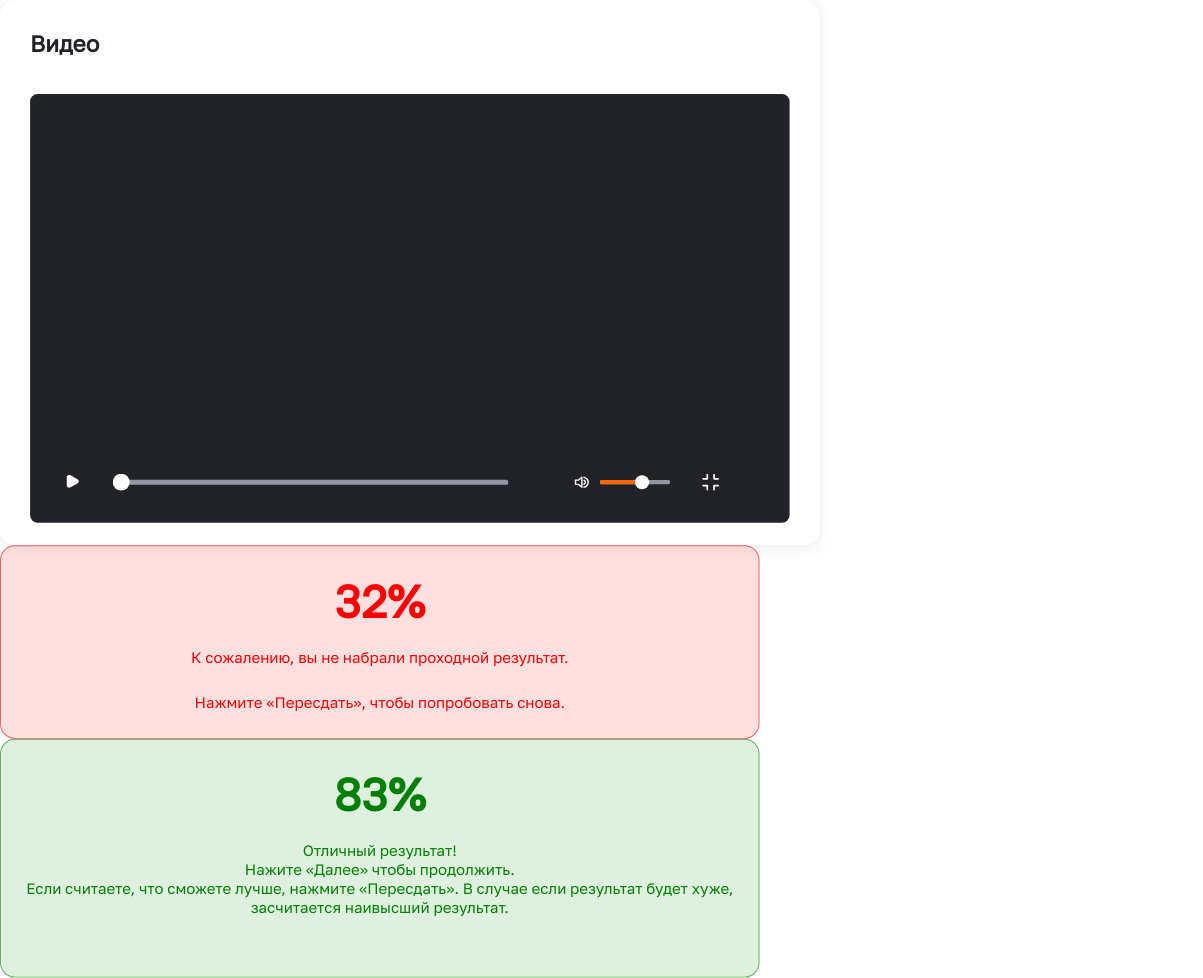
Repository: RuslanSR2424/Group5_LizaAlert
Page: index.html
An editor plug-in stored every save of this project. The page is shown before and after the next save, followed by the edit.
The browser window is 1280 px wide. The pictures show the whole page, at 94% of full size.

Above is the page before, as saved 2022-03-09 18:16:23.

### index.html
<!DOCTYPE html>
<html lang="en">

<head>
    <meta charset="UTF-8">
    <meta http-equiv="X-UA-Compatible" content="IE=edge">
    <meta name="viewport" content="width=device-width, initial-scale=1.0">
    <link rel="stylesheet" href="./pages/index.css" />
    <title>Document</title>
</head>

<body class="root">
    <section class="video">
        <h2 class="video__title">
            Видео
        </h2>
        <div class="video__player">
            <img class="video__button video__button_type_play" src="./images/video/start.svg">
            <img class="video__button video__button_type_timeline" src="./images/video/timeline.svg">
            <img class="video__button video__button_type_sound-icon" src="./images/video/sound-icon.svg">
            <img class="video__button video__button_type_sound" src="./images/video/sound.svg">
            <img class="video__button video__button_type_size" src="./images/video/size.svg">
        </div>
    </section>
    <section class="results">
        <div class="results__bad">
            <h2 class="results__score results__score_type_bad">32%</h2>
            <p class="result__text result__text_type_bad">К сожалению, вы не набрали проходной результат.</p>
            <p class="result__text result__text_type_bad">Нажмите «Пересдать», чтобы попробовать снова.</p>
        </div>
        <div class="results__good">
            <h2 class="results__score results__score_type_good">83%</h2>

                <p class="result__text result__text_type_good">Отличный результат!</p>
                <p class="result__text result__text_type_good">Нажите «Далее» чтобы продолжить.</p>
                <p class="result__text result__text_type_good">
                    Если считаете, что сможете лучше, нажмите «Пересдать». В случае
                    если результат будет хуже, засчитается наивысший результат.</p>

        </div>
    </section>
</body>

</html>

### pages/index.css
@import url(../fonts/fonts.css);
@import url(../blocks/root/root.css);

/* video */

@import url(../blocks/video/video.css);
@import url(../blocks/video/__button/video__button.css);
@import url(../blocks/video/__button/_type/video__button_type_play.css);
@import url(../blocks/video/__button/_type/video__button_type_sound.css);
@import url(../blocks/video/__button/_type/video__button_type_timeline.css);
@import url(../blocks/video/__button/_type/video__button_type_size.css);
@import url(../blocks/video/__button/_type/video__button_type_sound-icon.css);
@import url(../blocks/video/__player/video__player.css);
@import url(../blocks/video/__title/video__title.css);

/* results */

@import url(../blocks/results/results.css);
@import url(../blocks/results/__bad/results__bad.css);
@import url(../blocks/results/__good/results__good.css);
@import url(../blocks/results/__score/results__score.css);
@import url(../blocks/results/__score/_type/results__score_type_bad.css);
@import url(../blocks/results/__score/_type/results__score_type_good.css);
@import url(../blocks/results/__text/results__text.css);
@import url(../blocks/results/__text/_type/result__text_type_bad.css);
@import url(../blocks/results/__text/_type/result__text_type_good.css);

### fonts/fonts.css
@font-face {
  font-family: "GolosTextWebRegular";
  src: url(./golos/Golos-Text_Regular.woff2) format("woff2"),
    url(./golos/Golos-Text_Regular.woff) format("woff");
  font-weight: normal;
  font-style: normal;
}
@font-face {
  font-family: "GolosTextWebBold";
  src: url(./golos/Golos-Text_Bold.woff2) format("woff2"),
    url(./golos/Golos-Text_Bold.woff) format("woff");
  font-weight: normal;
  font-style: normal;
}

### blocks/root/root.css
.root {
  margin: 0;
  padding: 0;
  font-family: "GolosTextWebRegular";
}

### blocks/video/video.css
.video {
  height: 580px;
  width: 872px;
  display: flex;
  flex-direction: column;
  background: #ffffff;
  box-shadow: 0px 0px 4px rgba(231, 232, 235, 0.6),
    0px 4px 16px rgba(231, 232, 235, 0.6);
  border-radius: 16px;
}

### blocks/video/__button/video__button.css
.video__button{
    height: 18px;
}

### blocks/video/__button/_type/video__button_type_play.css
.video__button_type_play {
    margin: 0 0 35px 36px;
}

### blocks/video/__button/_type/video__button_type_sound.css
.video__button_type_sound{
    margin: 0 0 34px 10px;
}

### blocks/video/__button/_type/video__button_type_timeline.css
.video__button_type_timeline{
    margin: 0 35px 34px 34px;
}

### blocks/video/__button/_type/video__button_type_size.css
.video__button_type_size{
    margin: 0 34px 34px 34px;
}

### blocks/video/__button/_type/video__button_type_sound-icon.css
.video__button_type_sound-icon{
    margin: 0 0 34px 34px;
}

### blocks/video/__player/video__player.css
.video__player {
  height: 456px;
  width: 808px;
  background-color: #212329;
  display: flex;
  flex-direction: row;
  align-items: flex-end;
  border-radius: 8px;
  margin: auto;
}

### blocks/video/__title/video__title.css
.video__title {
  font-family: "GolosTextWebRegular";
  font-style: normal;
  font-weight: 700;
  font-size: 24px;
  line-height: 28px;
  color: #212329;
  margin: 32px 32px 16px 32px;
}

### blocks/results/results.css
.results{}

### blocks/results/__bad/results__bad.css
.results__bad {
  display: flex;
  flex-direction: column;
  align-items: center;

  width: 808px;
  height: 206px;

  background: rgba(255, 0, 0, 0.12);
  border: 1.2px solid rgba(255, 0, 0, 0.6);
  box-sizing: border-box;
  border-radius: 16px;
}

### blocks/results/__good/results__good.css
.results__good {
  width: 808px;
  height: 254px;
  left: 32px;
  top: 501px;
  background: rgba(0, 128, 0, 0.12);
  border: 1.2px solid rgba(0, 128, 0, 0.6);
  box-sizing: border-box;
  border-radius: 16px;
}

### blocks/results/__score/results__score.css
.results__score {
  font-family: "GolosTextWebRegular";
  font-style: normal;
  font-weight: bold;
  font-size: 48px;
  line-height: 52px;
  text-align: center;
  margin: 32px 64px 24px 64px;
}

### blocks/results/__score/_type/results__score_type_bad.css
.results__score_type_bad {
  color: #ff0000;
}

### blocks/results/__score/_type/results__score_type_good.css
.results__score_type_good {
  color: #008000;
}

### blocks/results/__text/results__text.css
.results__text {
  font-family: "GolosTextWebRegular";
  font-style: normal;
  font-weight: normal;
  font-size: 18px;
  line-height: 24px;
  text-align: center;
}
.results__text:nth-child(1){
  margin-bottom: 20px;
}

### blocks/results/__text/_type/result__text_type_bad.css
.result__text_type_bad {
  color: #ff0000;
  width: 680px;
  text-align: center;
  margin: 0 0 28px 0;
}

### blocks/results/__text/_type/result__text_type_good.css
.result__text_type_good {
  text-align: center;
  margin: 0;
  color: #008000;
}

After the next save:
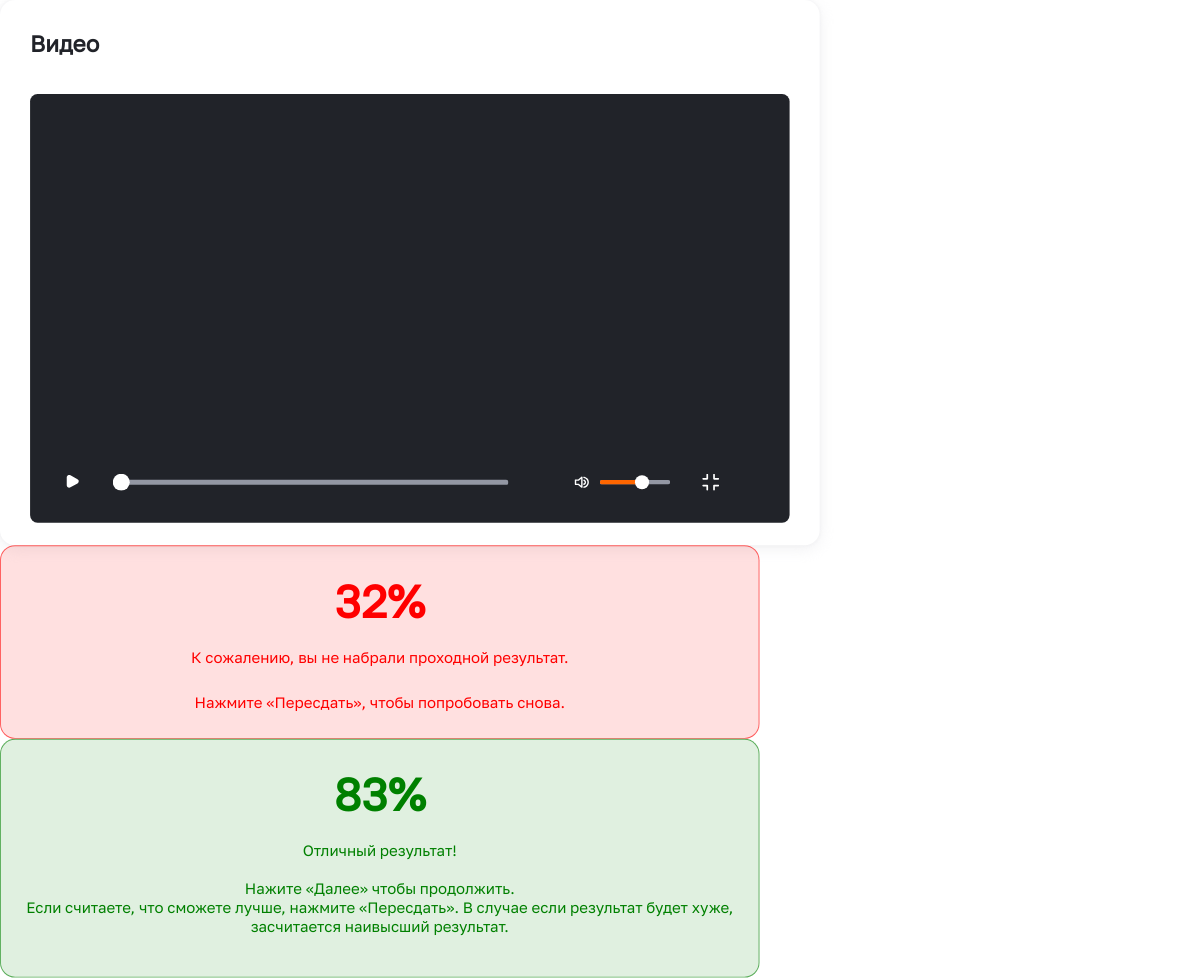
Saved 114 s later.
--- a/blocks/results/__text/_type/result__text_type_good.css
+++ b/blocks/results/__text/_type/result__text_type_good.css
@@ -3,3 +3,6 @@
   margin: 0;
   color: #008000;
 }
+.result__text_type_good:nth-of-type(1){
+    margin-bottom: 20px;
+}
